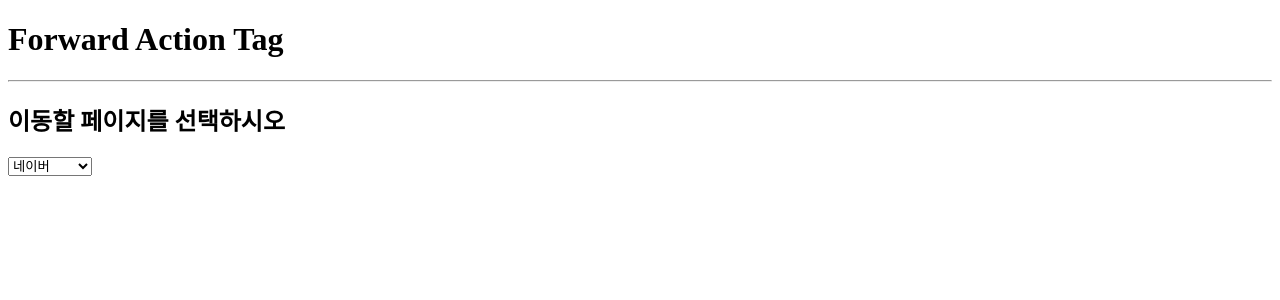
Repository: zxcvne/1400_web_nhs
Page: http://localhost/web/08_forward.jsp
These files come from the project's save history. The page is drawn as it stood at one moment and after a run of saves; the edit follows.
The browser window is 1280 px wide. The pictures show the whole page.
The page is served by Tomcat 10. Other server files are loaded and not shown.

Above is the page before, as saved 2025-10-26 06:36:34.

### 05_jsp/src/web/src/main/webapp/08_forward.jsp
<%@ page language="java" contentType="text/html; charset=UTF-8"
    pageEncoding="UTF-8"%>
<!DOCTYPE html>
<html>
<head>
<meta charset="UTF-8">
<title>Forward</title>
</head>
<body>
	<h1>Forward Action Tag</h1>
	<hr>
	<form action="08_controller.jsp">
		<h2>이동할 페이지를 선택하시오</h2>
		<select name ="site">
			<option value="naver">네이버</option>
			<option value="bugs">벅스뮤직</option>
			<option value="nytimes">뉴욕타임즈</option>
		</select>
	</form>
</body>
</html>

After the next 2 saves:
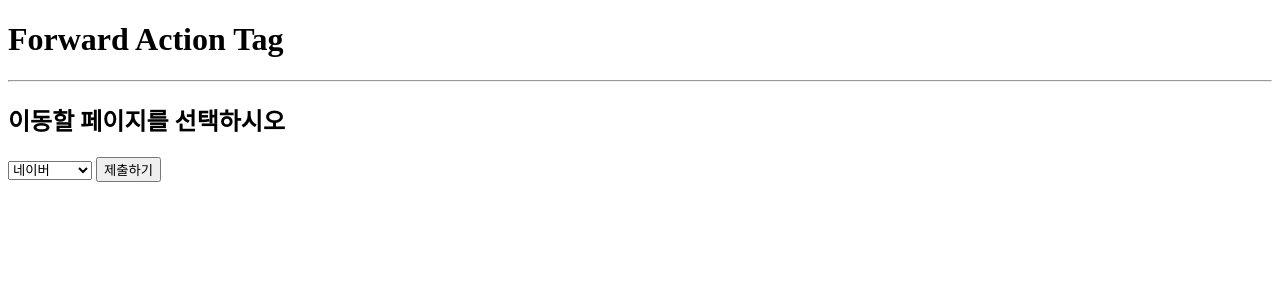
The 2 saves are shown as one change because they came seconds apart.
The last was saved 76 s later.
--- a/05_jsp/src/web/src/main/webapp/08_forward.jsp
+++ b/05_jsp/src/web/src/main/webapp/08_forward.jsp
@@ -16,6 +16,7 @@
 			<option value="bugs">벅스뮤직</option>
 			<option value="nytimes">뉴욕타임즈</option>
 		</select>
+		<input type="submit" value="제출하기">
 	</form>
 </body>
 </html>
